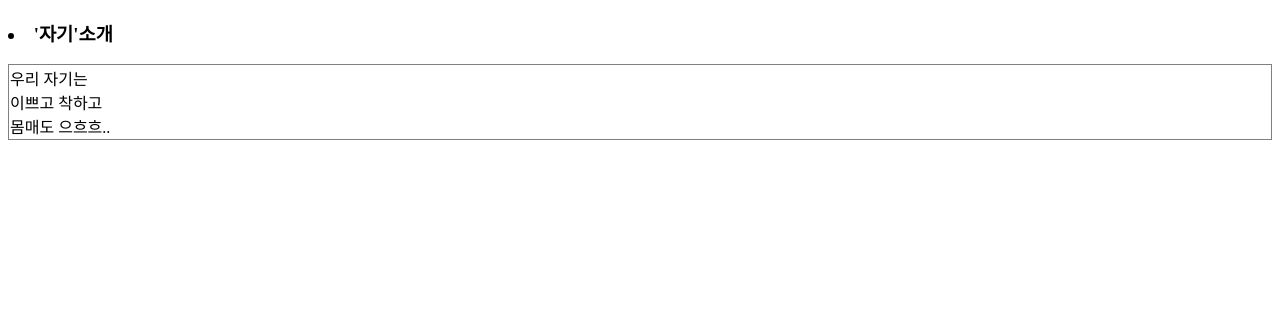
Repository: porivas/140630_Java
Page: http://localhost/web4_resume/coverletter.jsp
An editor plug-in stored every save of this project. The page is shown before and after the next save, followed by the edit.
The browser window is 1280 px wide. The pictures show the whole page.
The page is served by Tomcat 9.

Above is the page before, as saved 2014-09-25 06:35:49.

### web4_resume/WebContent/coverletter.jsp
<%@ page language="java" contentType="text/html; charset=UTF-8"
    pageEncoding="UTF-8"%>
<!DOCTYPE html PUBLIC "-//W3C//DTD HTML 4.01 Transitional//EN" "http://www.w3.org/TR/html4/loose.dtd">
<html>
<head>
<meta http-equiv="Content-Type" content="text/html; charset=UTF-8">
<title>자기소개 페이지 입니다.</title>
</head>
<body>
	<h3><li>'자기'소개</h3></li>
		<div id="story1">
		<type = text/css>
		<style type="text/css">
		  table {
		     border-collapse: collapse;
		  }
		</style>
		<table border="1" width=100%>
			<tr align = "left">
				<td> 우리 자기는
				<br> 이쁘고 착하고
				<br> 몸매도 으흐흐..
				</td>
			</tr>
		</table>
		</div>
</body>
</html>

After the next save:
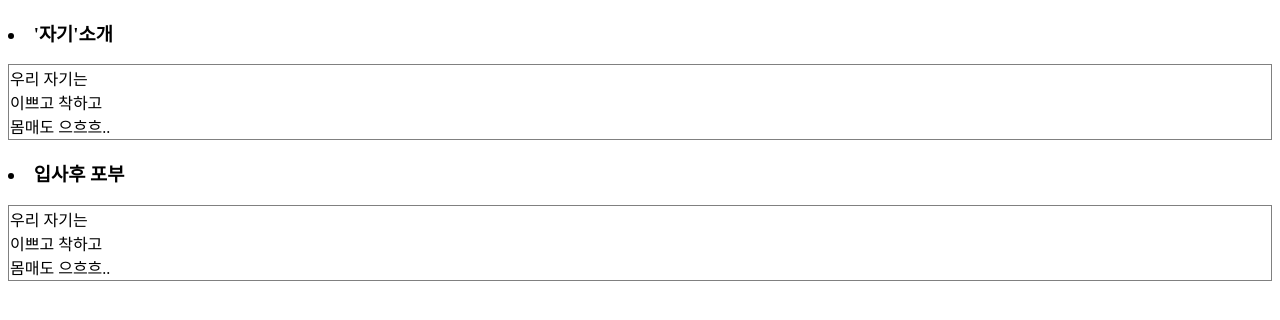
Saved 40 s later.
--- a/web4_resume/WebContent/coverletter.jsp
+++ b/web4_resume/WebContent/coverletter.jsp
@@ -24,5 +24,22 @@
 			</tr>
 		</table>
 		</div>
+	<h3><li> 입사후 포부</h3></li>
+		<div id="story2">
+		<type = text/css>
+		<style type="text/css">
+		  table {
+		     border-collapse: collapse;
+		  }
+		</style>
+		<table border="1" width=100%>
+			<tr align = "left">
+				<td> 우리 자기는
+				<br> 이쁘고 착하고
+				<br> 몸매도 으흐흐..
+				</td>
+			</tr>
+		</table>
+		</div>
 </body>
 </html>
